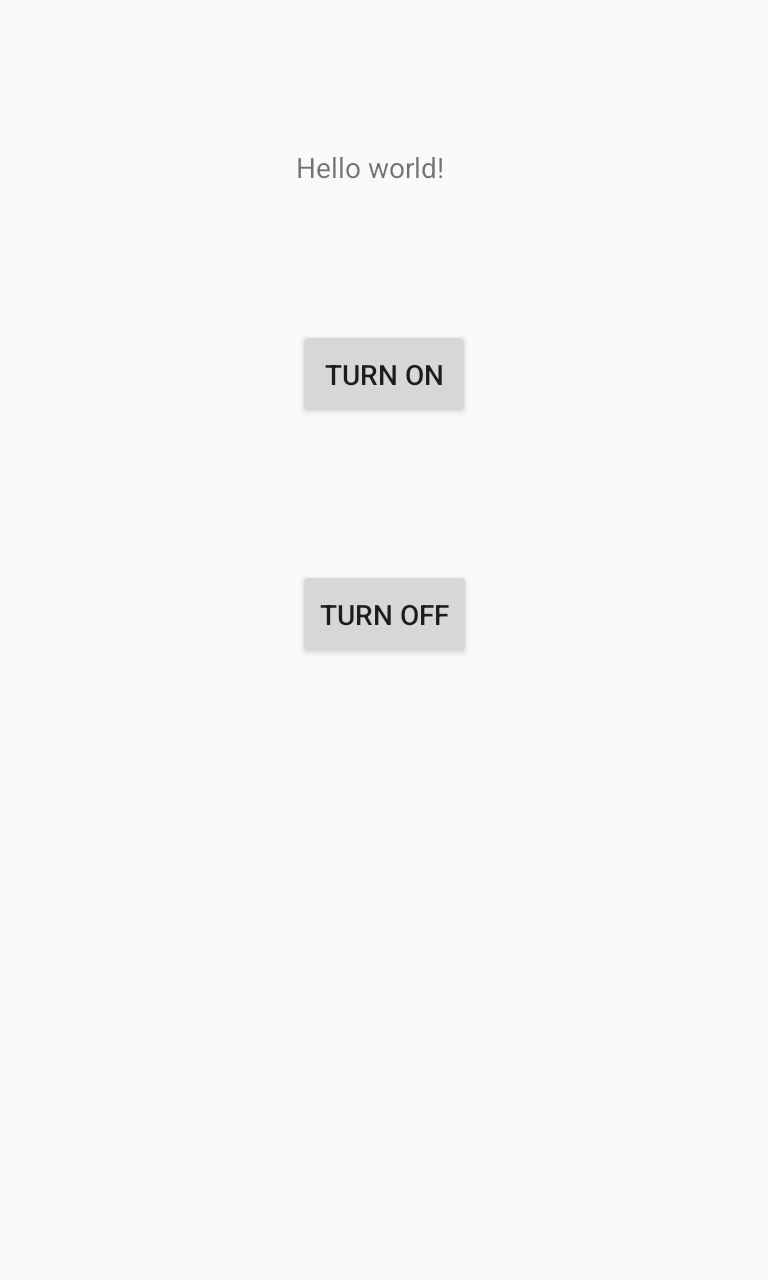
Repository: pgao/idd_hw5
Layout: hw5_android/res/layout/activity_main.xml
The author's editor kept a copy of each file at every save. The layout is drawn from the files as they stood at one save, then again after the next save.
It is drawn on a 768 x 1280 px phone screen (xhdpi) without system bars, with theme AppTheme; the app's code is not run.

Above is the layout before, as saved 2014-11-06 06:07:08.

After the next save:
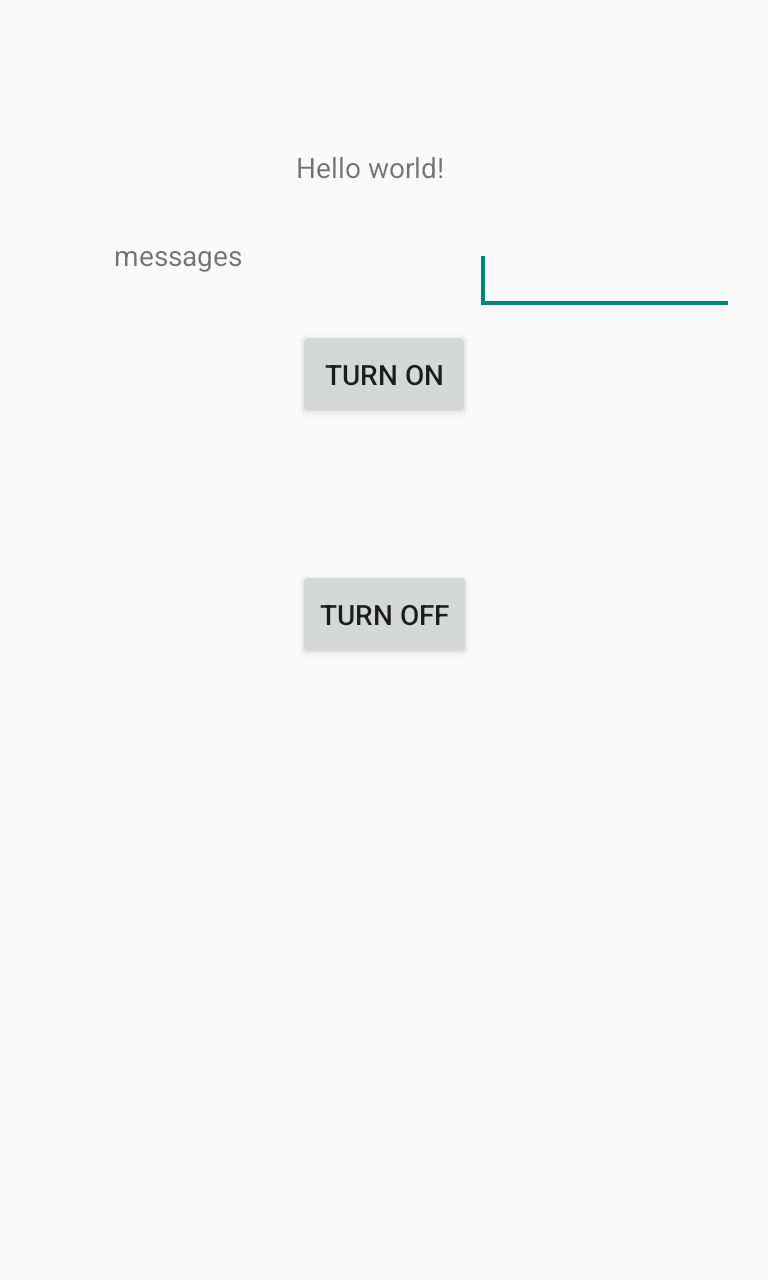
Saved 83 s later.
--- a/hw5_android/res/layout/activity_main.xml
+++ b/hw5_android/res/layout/activity_main.xml
@@ -35,4 +35,25 @@
         android:layout_marginTop="58dp"
         android:text="@string/hello_world" />
 
+    <TextView
+        android:id="@+id/messages"
+        android:layout_width="wrap_content"
+        android:layout_height="wrap_content"
+        android:layout_below="@+id/txtArduino"
+        android:layout_marginRight="27dp"
+        android:layout_marginTop="25dp"
+        android:layout_toLeftOf="@+id/txtArduino"
+        android:text="messages" />
+
+    <EditText
+        android:id="@+id/editText1"
+        android:layout_width="wrap_content"
+        android:layout_height="wrap_content"
+        android:layout_alignTop="@+id/messages"
+        android:layout_toRightOf="@+id/btnOff"
+        android:ems="10" >
+
+        <requestFocus />
+    </EditText>
+
 </RelativeLayout>
